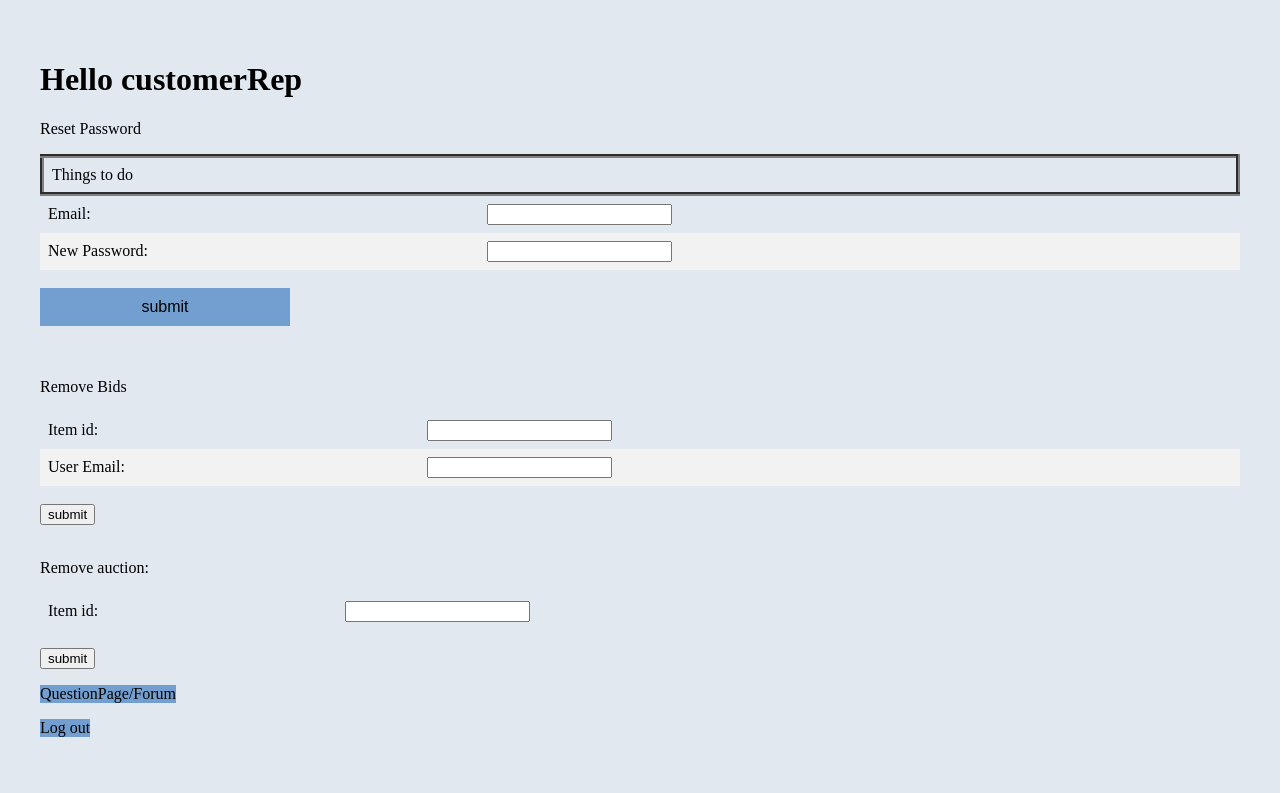
Repository: nicholaschiarulli/AuctionWebApp
Page: http://localhost/cs336Final/customerRepresentativePage.jsp
An editor plug-in stored every save of this project. The page is shown before and after the next save, followed by the edit.
The browser window is 1280 px wide. The pictures show the whole page.
The page is served by Tomcat 9. Queries for data that is not in the repository find no rows.

Above is the page before, as saved 2019-04-10 04:51:15.

After the next save:
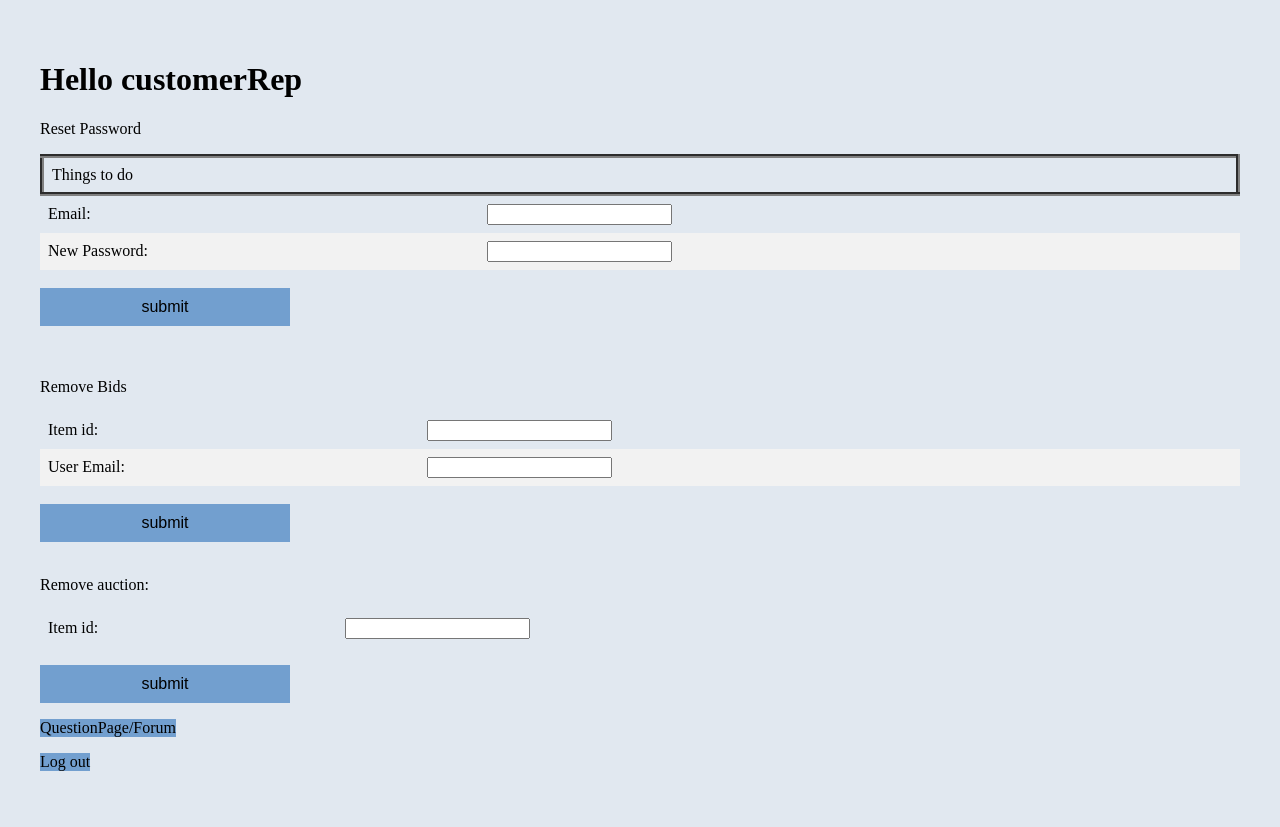
Saved 21 s later.
--- a/cs336Final/WebContent/customerRepresentativePage.jsp
+++ b/cs336Final/WebContent/customerRepresentativePage.jsp
@@ -70,7 +70,7 @@ pageEncoding="ISO-8859-1" import="com.cs336.pkg.*"%>
 </table>
 
 <br>
-<input type="submit" value="submit">
+<input type="submit" value="submit" class="button">
 </form>
 
 
@@ -86,7 +86,7 @@ pageEncoding="ISO-8859-1" import="com.cs336.pkg.*"%>
 </table>
 
 <br>
-<input type="submit" value="submit">
+<input type="submit" value="submit" class="button">
 </form>
 <p><a href=forum.jsp>QuestionPage/Forum</a></p>
 <p><a href='logout.jsp'>Log out</a></p>
